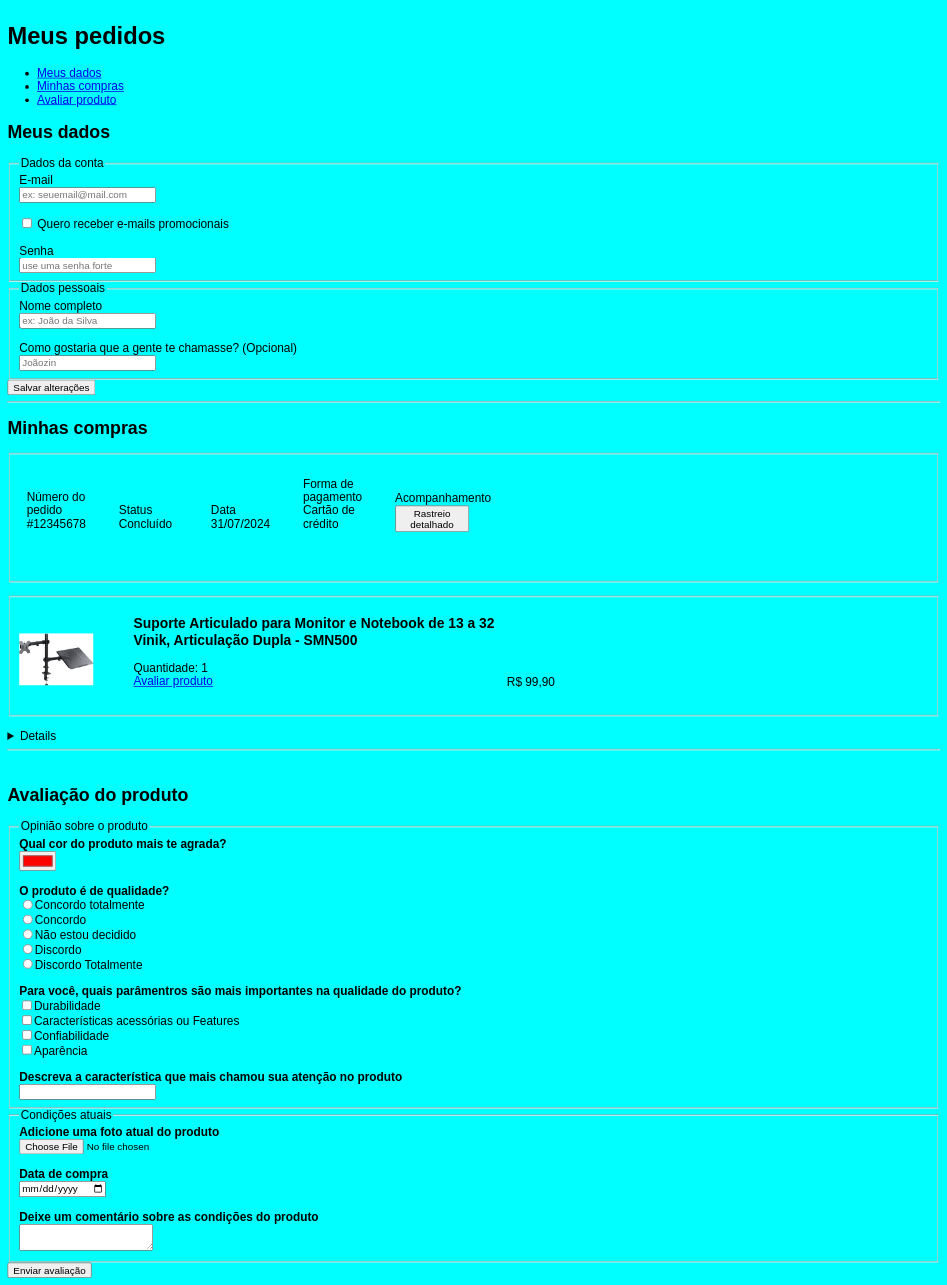
Repository: claudemir-camargo/site-compras
Page: index.html
These files come from the project's save history. The page is drawn as it stood at one moment and after the next save; the edit follows.
The browser window is 1280 px wide. The pictures show the whole page, at 74% of full size.

Above is the page before, as saved 2024-03-04 01:08:26.

After the next save:
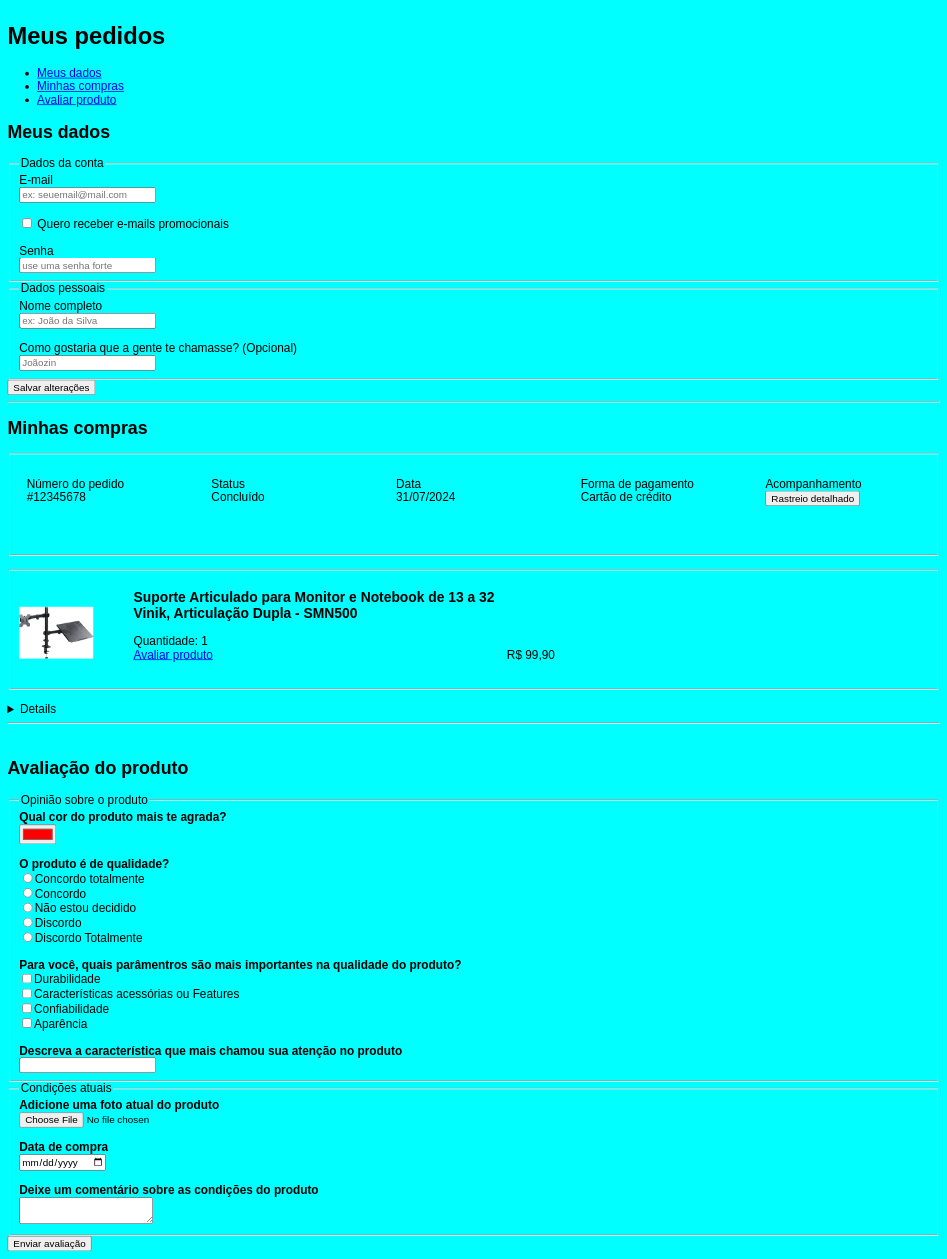
Saved 65 s later.
--- a/css/style.css
+++ b/css/style.css
@@ -12,6 +12,11 @@ body{
     padding: 5px;
     background-color:aqua
 }
+
+.container {
+    display: flex;
+    gap: 20px;
+  }
 
 #div1, #div2, #div3, #div4, #div5 {
     flex: 1;
